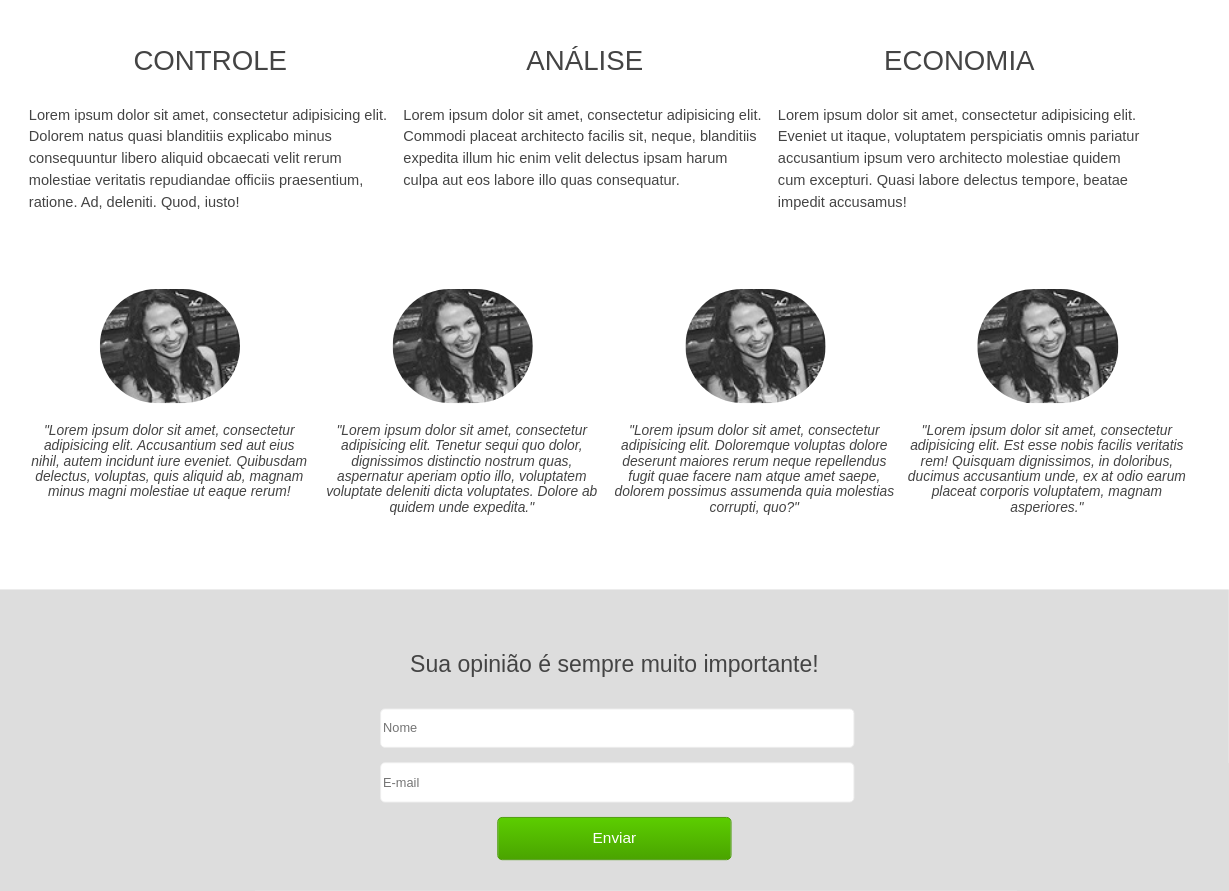
Repository: EconoMyRD/Sistema
Page: Economy/WebContent/html/index.html
An editor plug-in stored every save of this project. The page is shown before and after the next save, followed by the edit.
The browser window is 1280 px wide. The pictures show the whole page, at 96% of full size.
Some web libraries are served in a nearby version.

Above is the page before, as saved 2015-06-10 23:04:59.
Console error: ReferenceError: slide1 is not defined

After the next save:
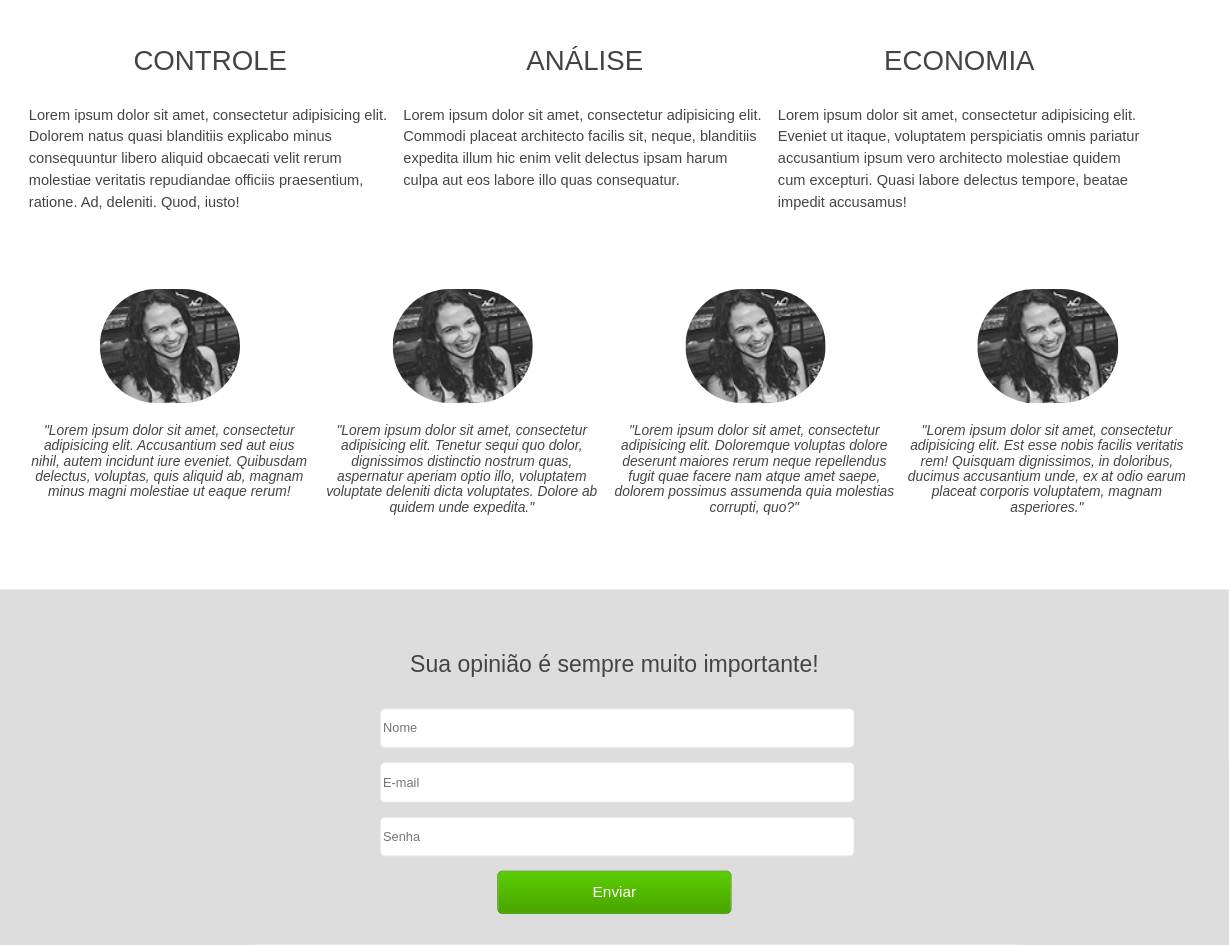
Saved 2 min 48 s later.
--- a/Economy/WebContent/html/index.html
+++ b/Economy/WebContent/html/index.html
@@ -90,7 +90,7 @@
                         <h4>Sua opinião é sempre muito importante!</h4>
                         <input type="text" required="required" id="nome" name="nome" class="inputText" placeholder="Nome" />
                         <input type="email" required="required" id="email" class="inputText" name="email" placeholder="E-mail" />
-                        <!-- <input type="text" required="required" name="comentario" class="inputText inputComentario" placeholder="Comentários" /> -->
+                        <input type="text" required="required" name="comentario" class="inputText" placeholder="Senha" />
                         <input type="submit" id="BtnEnviar" class="botao width-50" value="Enviar"/>
                     </form>
                 </div>
